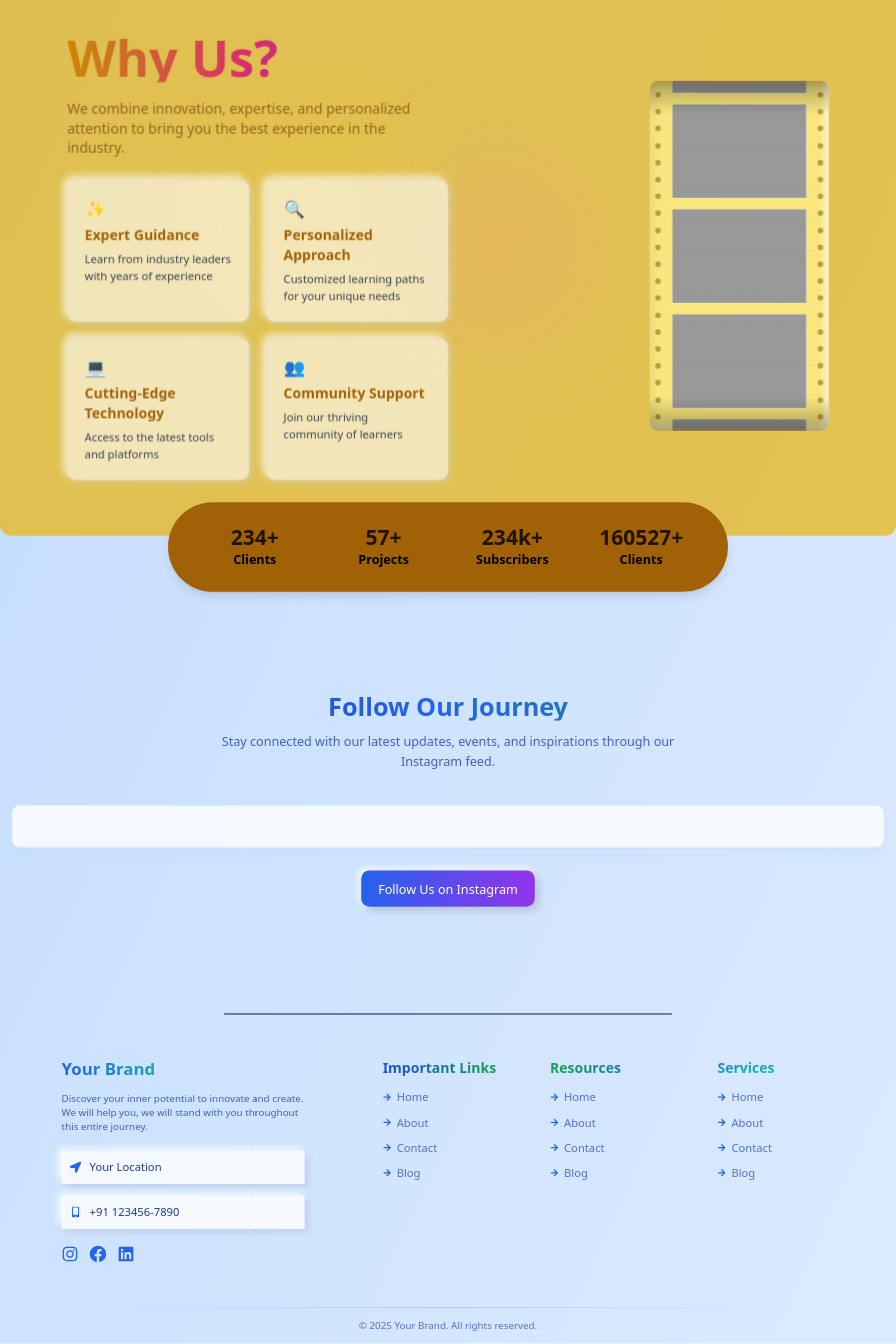
Repository: Kish202/rsacademy
Page: / (app in frontend/)
The author's editor kept a copy of each file at every save. The page is drawn from the files as they stood at one save, then again after the next save.
The browser window is 1280 px wide. The pictures show the part of the page from y = 818 to 2738 px (the page is 2738 px tall), at 70% of full size.
Pictures or frames that could not be fetched are drawn as grey boxes. The project was rebuilt for these pictures with package versions that can differ from the ones it lists, and the page was loaded fresh each time. Also part of the build but not shown: frontend/vite.config.js, frontend/src/components/ReviewsFeed.jsx.

Above is the page before, as saved 2025-04-27 23:01:24.

After the next save:
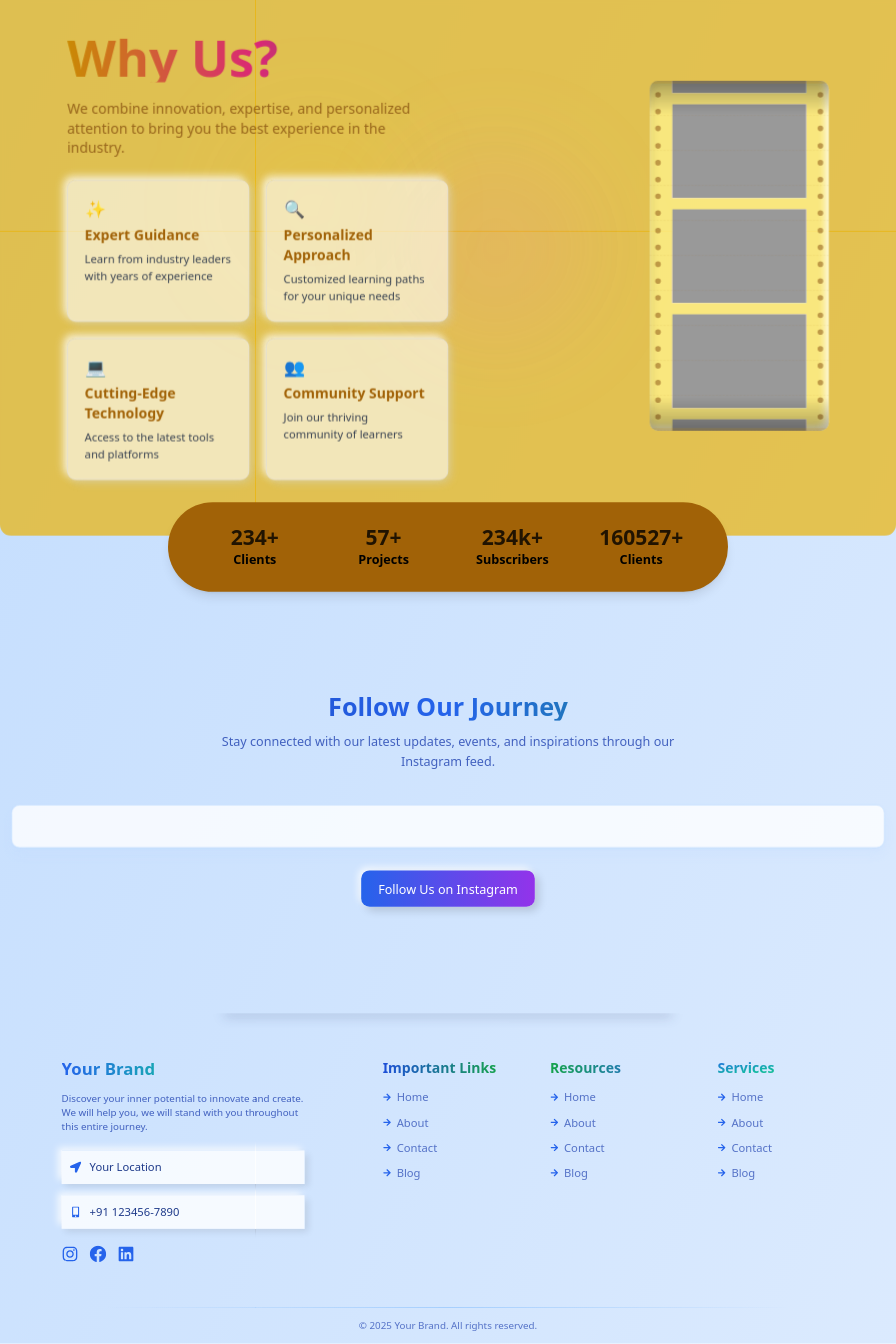
Saved 5 s later.
--- a/frontend/src/components/Footer.jsx
+++ b/frontend/src/components/Footer.jsx
@@ -37,7 +37,7 @@
       ${isDarkMode
         ? ' text-blue-100'
         : ' text-blue-900'}`}>
-<div className="w-3/6 h-0.5  bg-blue-950 rounded-full absolute"></div>
+<div className="w-3/6 h-0.5  bg-blue-950 rounded-full absolute blur"></div>
 
       {/* Background Elements */}
       <div className={`absolute top-1/4 left-1/4 w-72 h-72 rounded-full blur-3xl -z-10

After the save that followed:
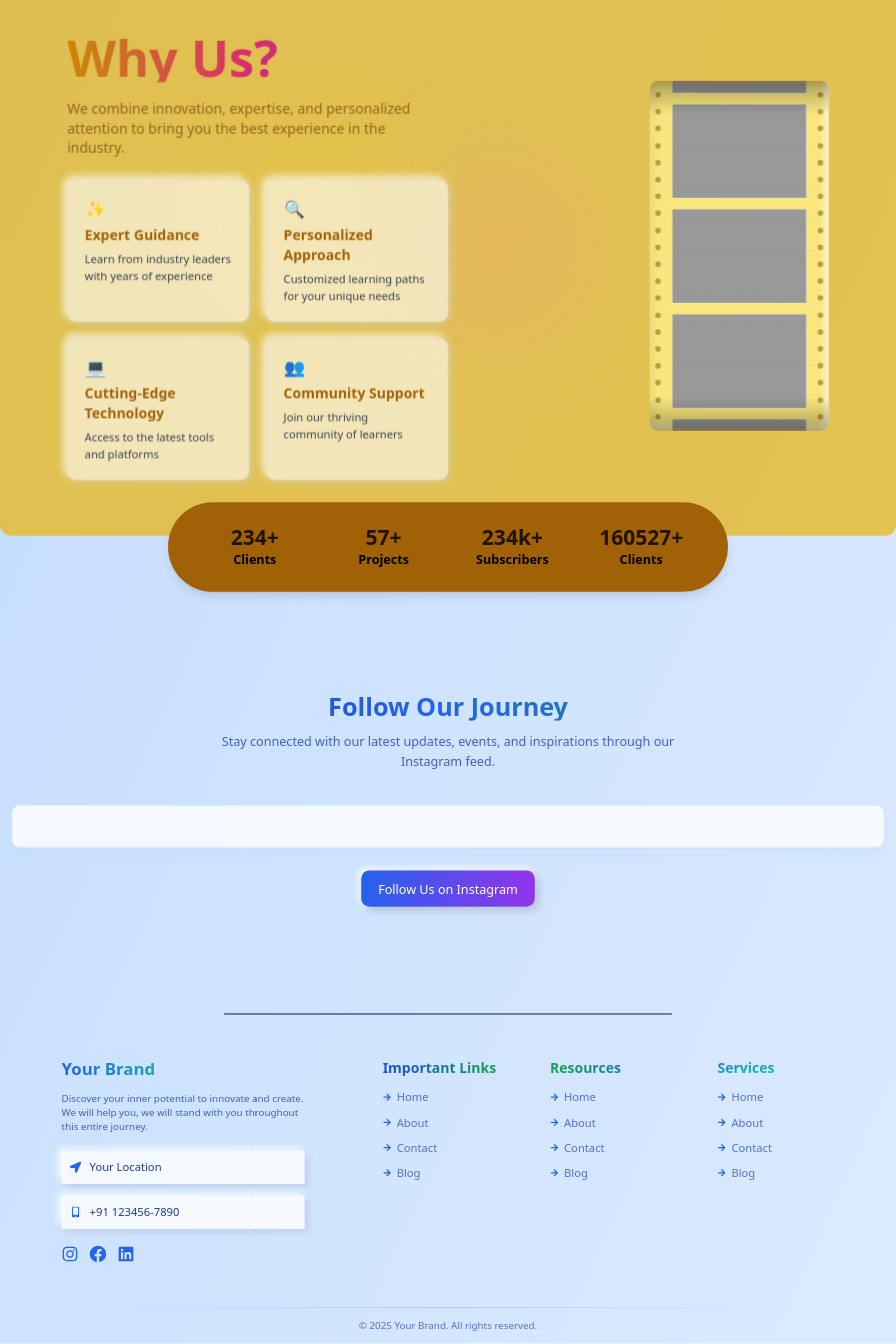
Saved 4 s later.
--- a/frontend/src/components/Footer.jsx
+++ b/frontend/src/components/Footer.jsx
@@ -37,7 +37,7 @@
       ${isDarkMode
         ? ' text-blue-100'
         : ' text-blue-900'}`}>
-<div className="w-3/6 h-0.5  bg-blue-950 rounded-full absolute blur"></div>
+<div className="w-3/6 h-0.5  bg-blue-950 rounded-full absolute bac"></div>
 
       {/* Background Elements */}
       <div className={`absolute top-1/4 left-1/4 w-72 h-72 rounded-full blur-3xl -z-10
